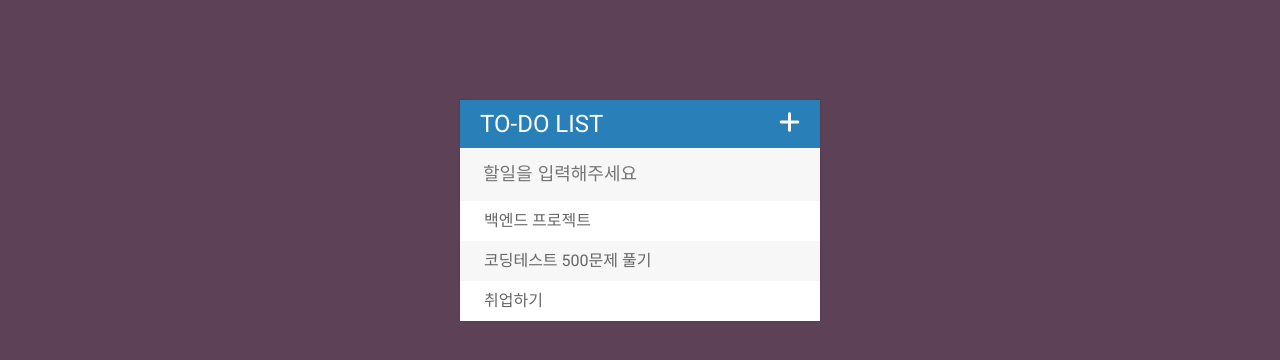
Repository: minsuk1/portfolio
Page: index2.html
These files come from the project's save history. The page is drawn as it stood at one moment and after the next save; the edit follows.
The browser window is 1280 px wide. The pictures show the whole page.
Some web libraries are served in a nearby version.

Above is the page before, as saved 2021-01-01 14:47:50.

After the next save:
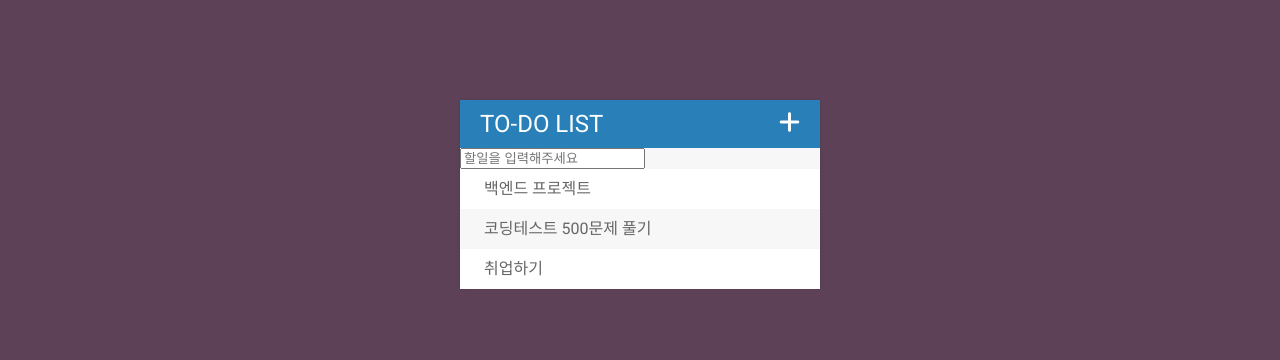
Saved 13 s later.
--- a/css/style2.css
+++ b/css/style2.css
@@ -41,15 +41,7 @@
 background-color:#f7f7f7;
 }
 
-input {
-    font-size : 18px;
-    background-color: #f7f7f7;
-    width :100%;
-    padding:13px 13px 13px 20px;
-    box-sizing: border-box;
-    color: #2980b9;
-    border : 3px solid rgba(0,0,0,0);
-}
+
 
 input:focus {
     background: #fff;

After the save that followed:
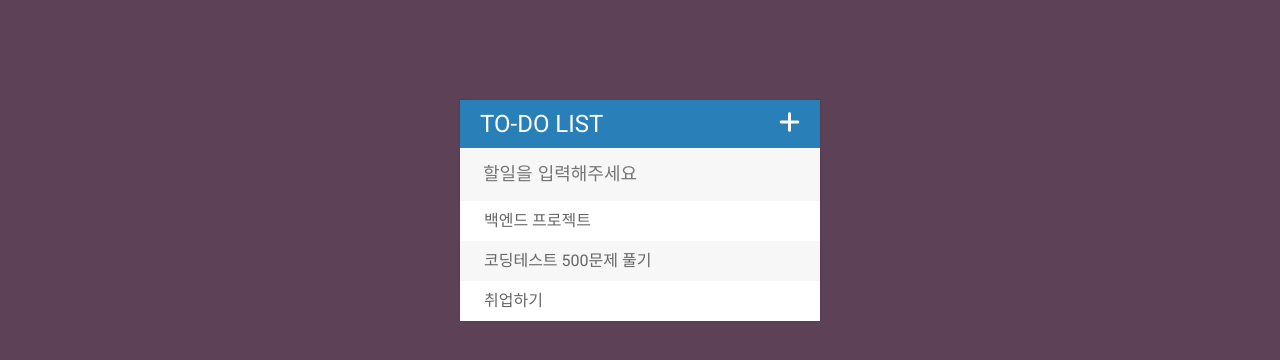
Saved 18 s later.
--- a/css/style2.css
+++ b/css/style2.css
@@ -41,7 +41,15 @@
 background-color:#f7f7f7;
 }
 
-
+input {
+    font-size : 18px;
+    background-color: #f7f7f7;
+    width :100%;
+    padding:13px 13px 13px 20px;
+    box-sizing: border-box;
+    color: #2980b9;
+    border : 3px solid rgba(0,0,0,0);
+}
 
 input:focus {
     background: #fff;
